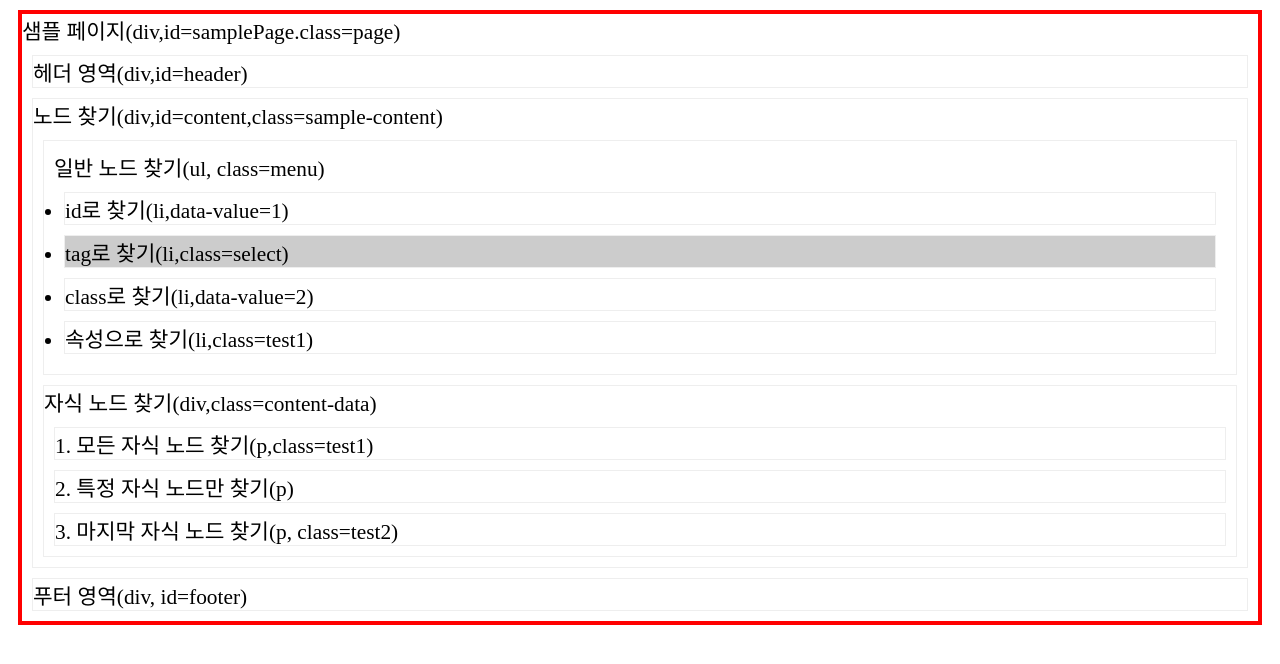
Repository: swc0516s/EZEN-JS
Page: JavaScript Workspace Lecture/JavaScript_jQuery_03/WebContent/Chapter03/3_10.html
The author's editor kept a copy of each file at every save. The page is drawn from the files as they stood at one save, then again after the next save.
The browser window is 1280 px wide. The pictures show the whole page.

Above is the page before, as saved 2022-03-18 01:49:50.

After the next save:
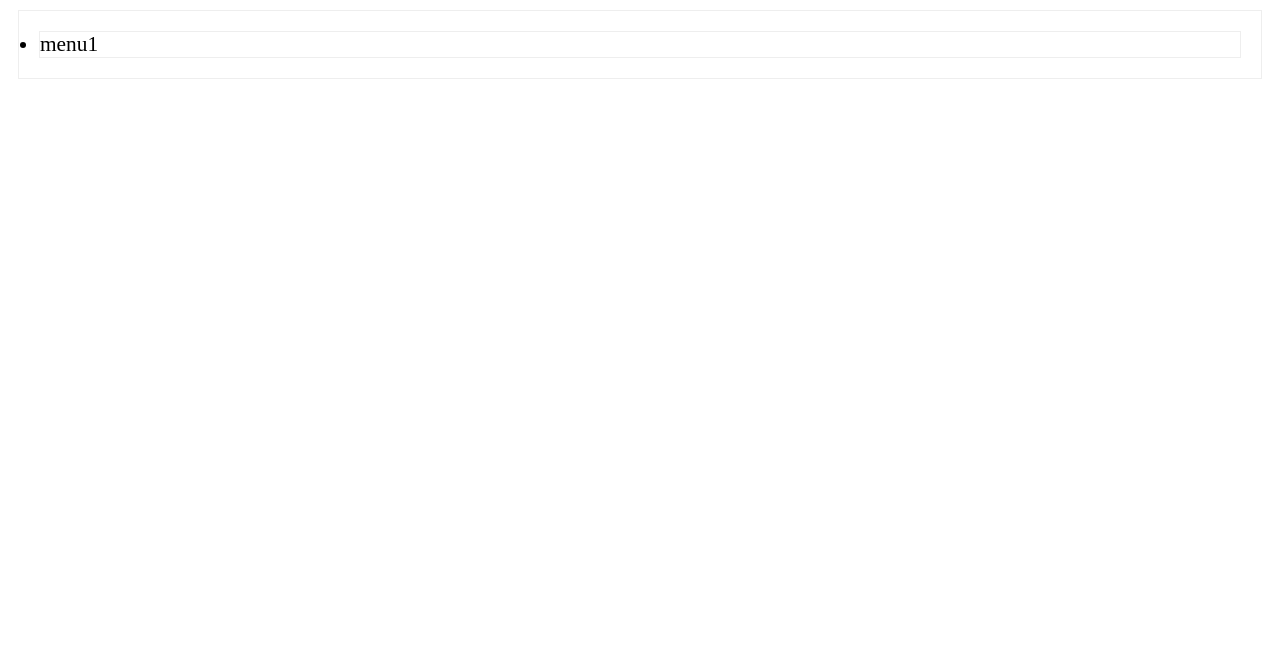
Saved 3 min 14 s later.
--- a/JavaScript Workspace Lecture/JavaScript_jQuery_03/WebContent/Chapter03/3_10.html
+++ b/JavaScript Workspace Lecture/JavaScript_jQuery_03/WebContent/Chapter03/3_10.html
@@ -32,27 +32,8 @@ li.select {
 </script>
 </head>
 <body>
-	<div id="samplePage" class="page">
-		샘플 페이지(div,id=samplePage.class=page)
-		<div id="header">헤더 영역(div,id=header)</div>
-		<div id="content" class="sample-content">
-			노드 찾기(div,id=content,class=sample-content)
-			<ul class="menu">
-				일반 노드 찾기(ul, class=menu)
-				<li data-value="1">id로 찾기(li,data-value=1)</li>
-				<li class="select">tag로 찾기(li,class=select)</li>
-				<li data-value="2">class로 찾기(li,data-value=2)</li>
-				<li class="test1">속성으로 찾기(li,class=test1)</li>
-			</ul>
-
-			<div class="content-data">
-				자식 노드 찾기(div,class=content-data)
-				<p class="test1">1. 모든 자식 노드 찾기(p,class=test1)</p>
-				<p>2. 특정 자식 노드만 찾기(p)</p>
-				<p class="test2">3. 마지막 자식 노드 찾기(p, class=test2)</p>
-			</div>
-		</div>
-		<div id="footer">푸터 영역(div, id=footer)</div>
-	</div>
+	<ul class="menu">
+		<li>menu1</li>
+	</ul>
 </body>
 </html>
